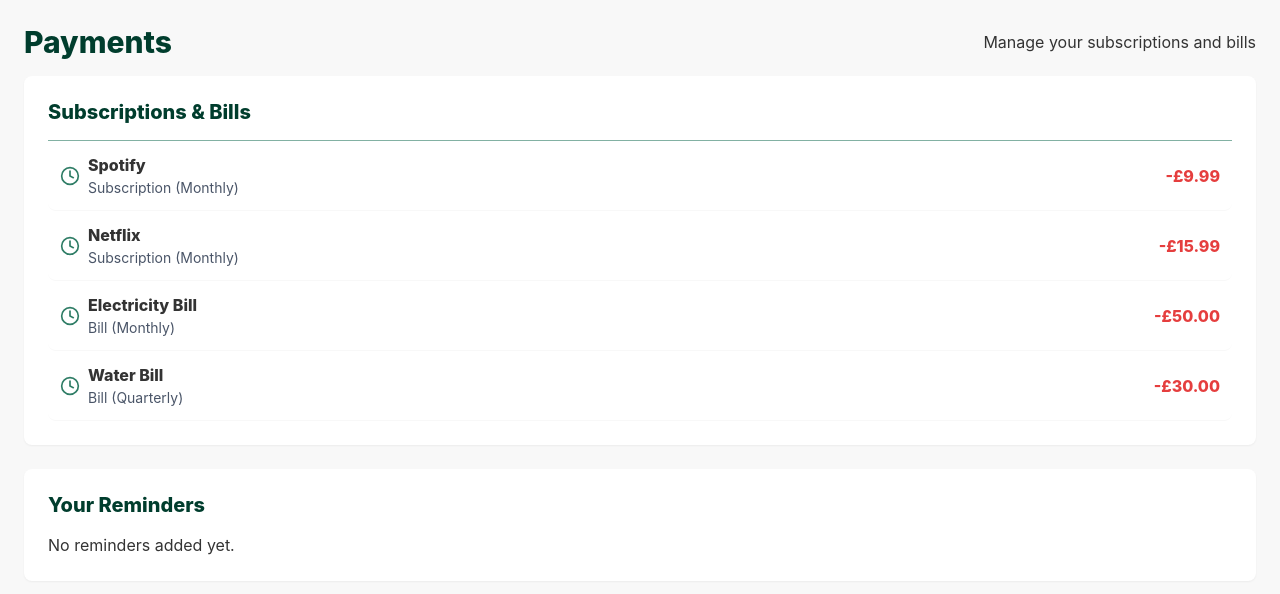
Repository: ellamcmorrow/banking-reminder
Page: /reminder
The author's editor kept a copy of each file at every save. The page is drawn from the files as they stood at one save, then again after the next save.
The browser window is 1280 px wide. The pictures show the whole page.
The project was rebuilt for these pictures with package versions that can differ from the ones it lists, and the page was loaded fresh each time. The framework's server and built-in components were replaced by stand-ins that run in the browser. Also part of the build but not shown: next.config.js.

Above is the page before, as saved 2024-12-01 18:25:55.

### src/pages/_app.tsx
import type { AppProps } from "next/app";
import { ChakraProvider, extendTheme } from "@chakra-ui/react";

// you can extend the theme and add custom colors, font styles, etc.
const colors = {
  greenDark: "#003d2d",
  greenLight: "#2f7d66",
  white: "#ffffff",
  offWhite: "#f8f8f8",
  darkGray: "#333333",
  black: "#000000",
};

const fontWeights = {
  normal: 400,
  medium: 600,
  bold: 800,
};

const fontFamily = {
  base: "GT Ultra Standard",
  bold: "GT Ultra Median",
};

const breakpoints = {
  sm: "320px",
  md: "768px",
  lg: "960px",
  xl: "1200px",
};

export const theme = extendTheme({
  colors,
  fontWeights,
  fontFamily,
  breakpoints,
});

function MyApp({ Component, pageProps }: AppProps) {
  return (
    <ChakraProvider theme={theme}>
      <Component {...pageProps} />
    </ChakraProvider>
  );
}

export default MyApp;

### src/pages/reminder.tsx
import {
  Box,
  Heading,
  VStack,
  HStack,
  Input,
  Button,
  FormControl,
  FormLabel,
  Select,
  Text,
  useToast,
  Flex,
  Divider,
  Icon,
  SimpleGrid,
  useDisclosure,
  Modal,
  ModalOverlay,
  ModalContent,
  ModalHeader,
  ModalBody,
  ModalFooter,
} from "@chakra-ui/react";
import { FiClock } from "react-icons/fi";
import { useState } from "react";

type Reminder = {
  title: string;
  date: string;
  category: string;
};

type Payment = {
  id: number;
  name: string;
  amount: string;
  type: "Subscription" | "Bill";
  frequency: string; // E.g., "Monthly", "Weekly"
};

export default function ReminderPage() {
  const { isOpen, onOpen, onClose } = useDisclosure();
  const [reminder, setReminder] = useState<Reminder>({
    title: "",
    date: "",
    category: "",
  });
  const [remindersList, setRemindersList] = useState<Reminder[]>([]);
  const [selectedPayment, setSelectedPayment] = useState<Payment | null>(null);

  const [payments] = useState<Payment[]>([
    {
      id: 1,
      name: "Spotify",
      amount: "-£9.99",
      type: "Subscription",
      frequency: "Monthly",
    },
    {
      id: 2,
      name: "Netflix",
      amount: "-£15.99",
      type: "Subscription",
      frequency: "Monthly",
    },
    {
      id: 3,
      name: "Electricity Bill",
      amount: "-£50.00",
      type: "Bill",
      frequency: "Monthly",
    },
    {
      id: 4,
      name: "Water Bill",
      amount: "-£30.00",
      type: "Bill",
      frequency: "Quarterly",
    },
  ]);

  const toast = useToast();

  const handleSetReminder = () => {
    if (!reminder.title || !reminder.date || !reminder.category) {
      toast({
        title: "Error",
        description: "All fields are required!",
        status: "error",
        duration: 3000,
        isClosable: true,
      });
      return;
    }

    setRemindersList((prev) => [...prev, reminder]);
    setReminder({ title: "", date: "", category: "" });
    onClose();

    toast({
      title: "Success",
      description: "Reminder added successfully!",
      status: "success",
      duration: 3000,
      isClosable: true,
    });
  };

  const handleOpenDialog = (payment: Payment) => {
    setSelectedPayment(payment);
    setReminder({
      title: `Pay ${payment.name}`,
      date: "",
      category: payment.type,
    });
    onOpen();
  };

  return (
    <Box bg="offWhite" minH="100vh" p={6}>
      <Flex justifyContent="space-between" alignItems="center" mb={4}>
        <Heading size="lg" color="greenDark">
          Payments
        </Heading>
        <Text fontSize="md" color="darkGray">
          Manage your subscriptions and bills
        </Text>
      </Flex>

      {/* Subscriptions and Bills */}
      <Box bg="white" p={6} borderRadius="lg" boxShadow="sm">
        <Heading size="md" mb={4} color="greenDark">
          Subscriptions & Bills
        </Heading>
        <Divider borderColor="greenLight" />
        {payments.map((payment) => (
          <HStack
            key={payment.id}
            justifyContent="space-between"
            py={3}
            borderBottom="1px solid"
            borderColor="offWhite"
            cursor="pointer"
            onClick={() => handleOpenDialog(payment)}
            _hover={{ bg: "greenLight", color: "white" }}
            p={3}
            borderRadius="lg"
          >
            <HStack>
              <Icon as={FiClock} boxSize={5} color="greenLight" />
              <VStack align="start" spacing={0}>
                <Text fontWeight="bold" color="darkGray">
                  {payment.name}
                </Text>
                <Text fontSize="sm" color="gray.600">
                  {payment.type} ({payment.frequency})
                </Text>
              </VStack>
            </HStack>
            <Text color="red.500" fontWeight="bold">
              {payment.amount}
            </Text>
          </HStack>
        ))}
      </Box>

      {/* Reminder Modal */}
      <Modal isOpen={isOpen} onClose={onClose}>
        <ModalOverlay />
        <ModalContent>
          <ModalHeader>Set a Reminder</ModalHeader>
          <ModalBody>
            <FormControl mb={4}>
              <FormLabel>Title</FormLabel>
              <Input
                name="title"
                value={reminder.title}
                onChange={(e) =>
                  setReminder({ ...reminder, title: e.target.value })
                }
              />
            </FormControl>
            <FormControl mb={4}>
              <FormLabel>Date</FormLabel>
              <Input
                type="date"
                name="date"
                value={reminder.date}
                onChange={(e) =>
                  setReminder({ ...reminder, date: e.target.value })
                }
              />
            </FormControl>
            <FormControl mb={4}>
              <FormLabel>Category</FormLabel>
              <Select
                name="category"
                value={reminder.category}
                onChange={(e) =>
                  setReminder({ ...reminder, category: e.target.value })
                }
              >
                <option value="Subscription">Subscription</option>
                <option value="Bill">Bill</option>
              </Select>
            </FormControl>
          </ModalBody>
          <ModalFooter>
            <Button colorScheme="green" mr={3} onClick={handleSetReminder}>
              Set Reminder
            </Button>
            <Button variant="ghost" onClick={onClose}>
              Cancel
            </Button>
          </ModalFooter>
        </ModalContent>
      </Modal>

      {/* Reminders List */}
      <Box bg="white" mt={6} p={6} borderRadius="lg" boxShadow="sm">
        <Heading size="md" mb={4} color="greenDark">
          Your Reminders
        </Heading>
        {remindersList.length > 0 ? (
          <SimpleGrid columns={1} spacing={4}>
            {remindersList.map((r, index) => (
              <Box
                key={index}
                p={4}
                borderWidth={1}
                borderRadius="lg"
                bg="offWhite"
              >
                <Text fontWeight="bold" color="darkGray">
                  {r.title}
                </Text>
                <Text color="darkGray">Date: {r.date}</Text>
                <Text color="darkGray">Category: {r.category}</Text>
              </Box>
            ))}
          </SimpleGrid>
        ) : (
          <Text color="darkGray">No reminders added yet.</Text>
        )}
      </Box>
    </Box>
  );
}

After the next save:
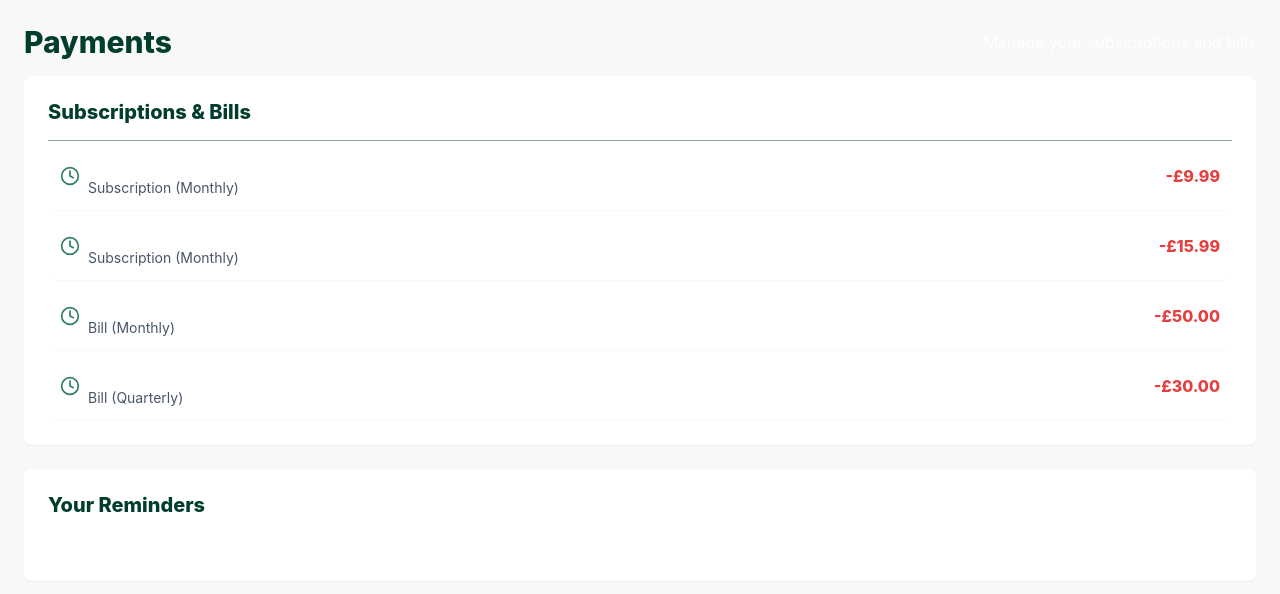
Saved 32 s later.
--- a/src/pages/reminder.tsx
+++ b/src/pages/reminder.tsx
@@ -123,7 +123,7 @@ export default function ReminderPage() {
         <Heading size="lg" color="greenDark">
           Payments
         </Heading>
-        <Text fontSize="md" color="darkGray">
+        <Text fontSize="md" color="white">
           Manage your subscriptions and bills
         </Text>
       </Flex>
@@ -150,7 +150,7 @@ export default function ReminderPage() {
             <HStack>
               <Icon as={FiClock} boxSize={5} color="greenLight" />
               <VStack align="start" spacing={0}>
-                <Text fontWeight="bold" color="darkGray">
+                <Text fontWeight="bold" color="white">
                   {payment.name}
                 </Text>
                 <Text fontSize="sm" color="gray.600">
@@ -232,16 +232,16 @@ export default function ReminderPage() {
                 borderRadius="lg"
                 bg="offWhite"
               >
-                <Text fontWeight="bold" color="darkGray">
+                <Text fontWeight="bold" color="white">
                   {r.title}
                 </Text>
-                <Text color="darkGray">Date: {r.date}</Text>
-                <Text color="darkGray">Category: {r.category}</Text>
+                <Text color="white">Date: {r.date}</Text>
+                <Text color="white">Category: {r.category}</Text>
               </Box>
             ))}
           </SimpleGrid>
         ) : (
-          <Text color="darkGray">No reminders added yet.</Text>
+          <Text color="white">No reminders added yet.</Text>
         )}
       </Box>
     </Box>
